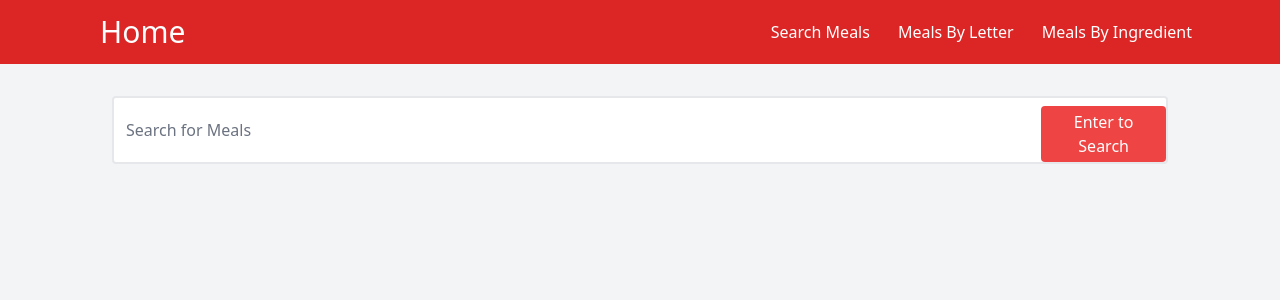
Repository: HalemX/meals
Page: /by-name
An editor plug-in stored every save of this project. The page is shown before and after a run of saves, followed by the edit.
The browser window is 1280 px wide. The pictures show the whole page.
The project was rebuilt for these pictures with package versions that can differ from the ones it lists, and the page was loaded fresh each time. Also part of the build but not shown: vite.config.js, src/pages/home/Home.vue, src/components/layout/GuestLayout.vue, src/components/ui/BaseButtons.vue, src/pages/meals/MealsByIngredient.vue, src/pages/meals/MealsByLetters.vue, src/components/meals_components/MealDetails.vue, src/pages/meals/AllIngredients.vue.

Above is the page before, as saved 2024-02-12 16:10:10.

### index.html
<!DOCTYPE html>
<html lang="en">
  <head>
    <meta charset="UTF-8" />
    <link rel="icon" type="image/svg+xml" href="/vite.svg" />
    <meta name="viewport" content="width=device-width, initial-scale=1.0" />
    <title>Vite + Vue</title>
  </head>
  <body class="bg-gray-100 h-full">
    <div id="app"></div>
    <script type="module" src="/src/main.js"></script>
  </body>
</html>

### src/main.js
import { createApp } from "vue";

import router from "./router";
import store from "./store";
import "./style.css";

import App from "./App.vue";

const app = createApp(App);
app.use(router);
app.use(store);

app.mount("#app");

### src/router/index.js
import { createRouter, createWebHistory } from "vue-router";

import Home from "../pages/home/Home.vue";

import DefaultLayout from "../components/layout/DefaultLayout.vue";
import GuestLayout from "../components/layout/GuestLayout.vue";

import MealsByIngredient from "../pages/meals/MealsByIngredient.vue";
import MealsByLetters from "../pages/meals/MealsByLetters.vue";
import MealsByName from "../pages/meals/MealsByName.vue";
import MealDetails from "../components/meals_components/MealDetails.vue";
import AllIngredients from "../pages/meals/AllIngredients.vue";

const routes = [
  {
    path: "/",
    component: DefaultLayout,
    children: [
      {
        path: "/",
        name: "home",
        component: Home,
      },
      {
        path: "/by-letter/:letter?",
        name: "byLetter",
        component: MealsByLetters,
      },
      {
        path: "/by-name/:name?",
        name: "byName",
        component: MealsByName,
      },
      {
        path: "/ingredients",
        name: "ingredients",
        component: AllIngredients,
      },
      {
        path: "/by-ingredient/:ingredient",
        name: "byIngredient",
        component: MealsByIngredient,
      },
      {
        path: "/meal/:id",
        name: "mealDetails",
        component: MealDetails,
      },
    ],
  },
  {
    path: "/guest",
    component: GuestLayout,
    children: [],
  },
];

const router = createRouter({
  history: createWebHistory(),
  routes,
});

export default router;

### src/store/index.js
import { createStore } from "vuex";

import mealsModule from "./modules/meals/index";

const store = createStore({
  modules: {
    mealsModule,
  },
});

export default store;

### src/App.vue
<template>
  <router-view v-slot="slotProps">
    <transition name="route" mode="out-in">
      <component :is="slotProps.Component"></component>
    </transition>
  </router-view>
</template>

<style scoped>
.route-enter-from {
  opacity: 0;
  transform: translateY(-30px);
}
.route-leave-to {
  opacity: 0;
  transform: translateY(30px);
}
.route-enter-active {
  transition: all 0.4s ease-out;
}
.route-enter-active {
  transition: all 0.4s ease-in;
}
.route-enter-to,
.route-leave-from {
  opacity: 1;
  transform: translateY(0);
}
</style>

### src/components/layout/DefaultLayout.vue
<template>
  <div>
    <navbar />
    <main>
      <router-view v-slot="slotProps">
        <transition name="route" mode="out-in">
          <component :is="slotProps.Component"></component>
        </transition>
      </router-view>
    </main>
  </div>
</template>

<script>
import Navbar from "./Navbar.vue";
export default {
  components: {
    Navbar,
  },
};
</script>

<style>
.route-enter-from {
  opacity: 0;
  transform: translateY(-30px);
}
.route-leave-to {
  opacity: 0;
  transform: translateY(30px);
}
.route-enter-active {
  transition: all 0.4s ease-out;
}
.route-enter-active {
  transition: all 0.4s ease-in;
}
.route-enter-to,
.route-leave-from {
  opacity: 1;
  transform: translateY(0);
}
</style>

### src/pages/meals/MealsByName.vue
<template>
  <div class="lg:mx-20">
    <div class="p-8 pb-0">
      <form class="rounded border-2 border-gray-200 bg-white items-center">
        <input
          type="text"
          class="w-full rounded border-2 border-gray-200"
          placeholder="Search for Meals"
          v-model.trim="enterName"
          @change="searchMealsByName"
        />
        <button
          @click="searchMealsByName"
          class="transition ease-in-out delay-150 sm:mt-2 border-[#ef4444] bg-[#ef4444] hover:scale-105 hover:bg-[#f87171] duration-300 text-white px-3 py-1 rounded"
        >
          Enter to Search
        </button>
      </form>
    </div>
    <meals-item v-if="!emptyEnter" :meals="mealsByName"></meals-item>
    <p v-else class="text-[#ff0000] mt-2 px-8">Must Enter Name of Meal!</p>
  </div>
</template>

<script>
import { computed, onMounted, ref } from "vue";
import { useStore } from "vuex";
import { useRoute } from "vue-router";
import MealsItem from "../../components/meals_components/MealsItem.vue";

export default {
  components: {
    MealsItem,
  },
  setup() {
    const enterName = ref("");
    const emptyEnter = ref(false);

    const store = useStore();

    const mealsByName = computed(() => {
      return store.getters.getSearchMealsByName;
    });

    function searchMealsByName() {
      if (enterName.value) {
        store.dispatch("searchMealsByName", enterName.value);
        emptyEnter.value = false;
      } else {
        emptyEnter.value = true;
      }
    }

    const rout = useRoute();
    onMounted(() => {
      enterName.value = rout.params.name;
      if (enterName.value) {
        searchMealsByName();
      }
    });

    return { searchMealsByName, mealsByName, enterName, emptyEnter };
  },
};
</script>

<style scoped>
form {
  display: flex;
  flex-direction: row;
}
input {
  transition: 0.3s;
  caret-color: #dc2626;
  flex-grow: 2;
  border: none;
}
input:focus {
  outline: none !important;
  border-color: transparent !important;
  box-shadow: none !important;
}
</style>

### src/store/modules/meals/index.js
import mutations from "./mutations";
import actions from "./actions";
import getters from "./getters";

export default {
  state() {
    return {
      searchMealsByName: [],
      searchMealsByLetter: [],
      searchMealsByIng: [],
    };
  },
  mutations,
  actions,
  getters,
};

### src/components/layout/Navbar.vue
<template>
  <div class="bg-[#dc2626]">
    <header
      class="text-white shadow h-16 flex justify-between items-stretch bg-[#dc2626] md:mx-20"
    >
      <router-link
        class="text-3xl inline-flex items-center h-full px-5"
        :to="{ name: 'home' }"
        >Home</router-link
      >
      <div class="flex items-center gap-3">
        <router-link
          class="inline-flex items-center px-2 h-full transition-colors hover:bg-[#ef4444]"
          :to="{ name: 'byName' }"
          >Search Meals</router-link
        >
        <router-link
          class="inline-flex items-center px-2 h-full transition-colors hover:bg-[#f87171]"
          :to="{ name: 'byLetter' }"
          >Meals By Letter</router-link
        >
        <router-link
          class="inline-flex items-center px-2 h-full transition-colors hover:bg-[#f87171]"
          :to="{ name: 'ingredients' }"
          >Meals By Ingredient</router-link
        >
      </div>
    </header>
  </div>
</template>

<script>
export default {};
</script>

<style scoped>
header {
  box-shadow: none !important;
}
</style>

### src/components/meals_components/MealsItem.vue
<template>
  <div class="grid grid-cols-1 md:grid-cols-3 gap-5 p-8">
    <div
      v-for="meal of meals"
      :key="meal.idMeal"
      class="bg-white shadow rounded-xl"
    >
      <router-link :to="{ name: 'mealDetails', params: { id: meal.idMeal } }">
        <img
          :src="meal.strMealThumb"
          :alt="meal.strMeal"
          class="rounded-t-xl w-full h-48 object-cover"
        />
      </router-link>
      <div class="p-3">
        <h3 class="font-bold">{{ meal.strMeal }}</h3>
        <p class="mb-4">
          Lorem ipsum dolor sit, amet consectetur adipisicing elit. Repellendus
          dicta saepe.
        </p>
      </div>
      <div class="flex items-center justify-between">
        <base-buttons :href="meal.strYoutube"></base-buttons>
      </div>
    </div>
  </div>
</template>

<script>
import BaseButtons from "../ui/BaseButtons.vue";

export default {
  components: {
    BaseButtons,
  },
  props: ["meals"],
};
</script>

### src/axiosClient.js
import axios from "axios";

const axiosClient = axios.create({
  baseURL: import.meta.env.VITE_API_BASE_URL,
});

export default axiosClient;

### src/store/modules/meals/mutations.js
export default {
  setSearchMealsByName(state, meals) {
    state.searchMealsByName = meals;
  },
  setSearchMealsByLetter(state, meals) {
    state.searchMealsByLetter = meals;
  },
  setSearchMealsByIng(state, meals) {
    state.searchMealsByIng = meals;
  },
};

### src/store/modules/meals/actions.js
import axiosClient from "../../../axiosClient";

export default {
  async searchMealsByName(context, enterName) {
    const response = await axiosClient.get(`search.php?s=${enterName}`);

    const responseData = await response.data;

    context.commit("setSearchMealsByName", responseData.meals);
  },

  async searchMealsLetter(context, letter) {
    const response = await axiosClient.get(`search.php?f=${letter}`);

    const responseData = await response.data;

    context.commit("setSearchMealsByLetter", responseData.meals);
  },

  async searchMealsByIng(context, enterIng) {
    const response = await axiosClient.get(`filter.php?i=${enterIng}`);

    const responseData = await response.data;

    context.commit("setSearchMealsByIng", responseData.meals);
  },

  //   async fetchMeals(context) {
  //     const response = await fetch(
  //       "https://www.themealdb.com/api/json/v1/1/search.php?s=Arrabiata"
  //     );
  //     const responseData = await response.json();
  //     if (!response.ok) {
  //       const error = new Error(responseData.message || "Failed to fetch Meals");
  //       throw error;
  //     }
  //     // console.log(responseData.meals);
  //     // const meals = [];
  //     // for (const key in responseData) {
  //     //   const request = {
  //     //     id: key,
  //     //     coachId: coachId,
  //     //     userEmail: responseData[key].userEmail,
  //     //     message: responseData[key].message,
  //     //   };
  //     //   requests.push(request);
  //     // }
  //     context.commit("setMeals", responseData.meals.slice(0, 5));
  //   },
};

### src/store/modules/meals/getters.js
export default {
  getSearchMealsByName(state) {
    return state.searchMealsByName;
  },
  getSearchMealsByLetter(state) {
    return state.searchMealsByLetter;
  },
  getSearchMealsByIng(state) {
    return state.searchMealsByIng;
  },
};

### tailwind.config.js
/** @type {import('tailwindcss').Config} */
export default {
  content: ["./index.html", "./src/**/*.{vue,js,ts,jsx,tsx}"],
  theme: {
    extend: {},
  },
  plugins: [
    require("@tailwindcss/forms"),
    // ...
  ],
};

Loaded but not shown: src/style.css (common file)

After the next 2 saves:
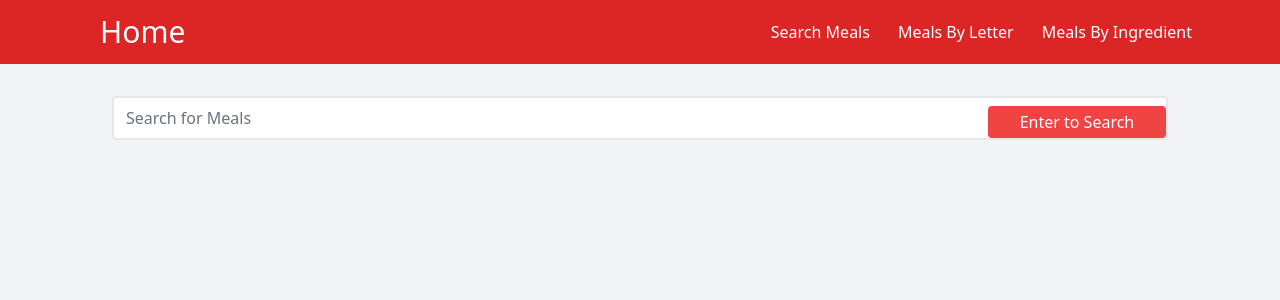
The 2 saves are shown as one change because they came seconds apart.
The last was saved 16 s later.
--- a/src/pages/meals/MealsByName.vue
+++ b/src/pages/meals/MealsByName.vue
@@ -11,7 +11,7 @@
         />
         <button
           @click="searchMealsByName"
-          class="transition ease-in-out delay-150 sm:mt-2 border-[#ef4444] bg-[#ef4444] hover:scale-105 hover:bg-[#f87171] duration-300 text-white px-3 py-1 rounded"
+          class="w-[20%] transition ease-in-out delay-150 sm:mt-2 border-[#ef4444] bg-[#ef4444] hover:scale-105 hover:bg-[#f87171] duration-300 text-white px-3 py-1 rounded"
         >
           Enter to Search
         </button>
